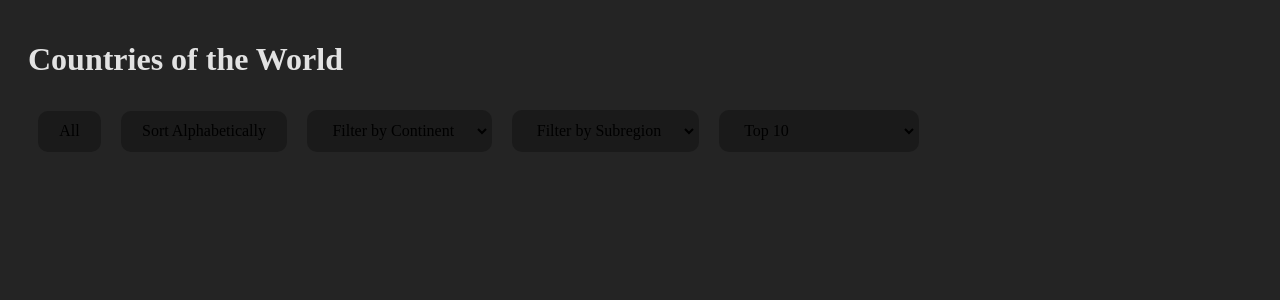
Repository: SandyLy453/comp-lab10
Page: /
The author's editor kept a copy of each file at every save. The page is drawn from the files as they stood at one save, then again after the next save.
The browser window is 1280 px wide. The pictures show the whole page.
The page's requests for data from a server got no answer. The project was rebuilt for these pictures with package versions that can differ from the ones it lists, and the page was loaded fresh each time. No one was signed in, and anything a server would have sent is missing. Also part of the build but not shown: vite.config.js, src/components/Contry.jsx.

Above is the page before, as saved 2024-11-14 23:16:49.

### src/index.css
:root {
  font-family: "Poppins";
  font-weight: 400;

  color-scheme: light dark;
  color: rgba(255, 255, 255, 0.87);
  background-color: #242424;

  font-synthesis: none;
  text-rendering: optimizeLegibility;
  -webkit-font-smoothing: antialiased;
  -moz-osx-font-smoothing: grayscale;
  padding: 20px;
}

button,
select {
  border-radius: 10px;
  border: 2px solid transparent;
  padding: 0.6em 1.2em;
  font-size: 1em;
  font-weight: 500;
  font-family: inherit;
  background-color: #1a1a1a;
  cursor: pointer;
  transition: border-color 0.25s;
  margin: 10px;
}

button:hover,
select:hover {
  border-color: #79ff64;
}

button:focus,
button:focus-visible {
  border-color: #79ff64;
  background-color: #a2fe93;
  color: #242424;
}


/* card styling */

.cardBox {
  display: flex;
  flex-direction: row;
  flex-wrap: wrap;
  justify-content: center;
  align-items: center;
}

.cardContainer {
  padding: 20px;
  border: 1px solid #79ff64;
  border-radius: 20px;
  margin: 10px 20px 10px 20px;
  width: fit-content;
}

.cardPhoto {
  width: 400px;
  height: auto;
  border-radius: 10px;
}

.cardTitle {
  font-size: 24px;
  margin-bottom: 0;
  padding-bottom: 5px;
}

.breaker {
  width: 400px;
  margin: 0 auto 5px auto;
  color: #79ff64;
  background-color: #79ff64;
  border: 1px solid #79ff64;
}

.cardInfo {
  padding-left: 10px;
}

### src/App.jsx
import { useState, useEffect } from 'react'
import Countries from './components/Contries'

function App() {
  const [countries, setCountries] = useState([]);
  const [filteredCountries, setFilteredCountries] = useState([]);
  const [filter, setFilter] = useState({ continent: "", subregion: "" });

  const uniqueContinents = [
    ...new Set(countries.map((country) => country.continents?.[0])),
  ].filter(Boolean); // Remove undefined values

  const uniqueSubregions = [
    ...new Set(countries.map((country) => country.subregion)),
  ].filter(Boolean); // Remove undefined values

  useEffect(() => {
    // Fetch data from the Rest Countries API
    const fetchData = async () => {
      const response = await fetch("https://restcountries.com/v3.1/all");
      const data = await response.json();
      setCountries(data);
      setFilteredCountries(data); // Initialize with all countries
    };

    fetchData();
  }, []);

  const handleFilter = (type, value) => {
    let updatedCountries = [...countries];

    if (type === "all") {
      setFilter({ continent: "", subregion: "" });
      setFilteredCountries(countries); // Reset to all countries
      return;
    }

    if (type === "continent") {
      setFilter({ ...filter, continent: value, subregion: "" });
      updatedCountries = updatedCountries.filter(
        (country) => country.continents[0] === value
      );
    } else if (type === "subregion") {
      setFilter({ ...filter, continent: "", subregion: value });
      updatedCountries = updatedCountries.filter(
        (country) => country.subregion === value
      );
    }

    setFilteredCountries(updatedCountries);
  };

  const handleTop10 = (criteria) => {
    if (!criteria) {
      setFilteredCountries(countries); // Reset if no selection
      return;
    }
    const sortedCountries = [...filteredCountries].sort((a, b) =>
      criteria === "population"
        ? b.population - a.population
        : b.area - a.area
    );
    setFilteredCountries(sortedCountries.slice(0, 10)); // Limit to top 10
  };

  const handleSort = () => {
    const sortedCountries = [...filteredCountries].sort((a, b) =>
      a.name.common.localeCompare(b.name.common)
    );
    setFilteredCountries(sortedCountries);
  };

  return (
    <>
      <div className="container">
        <h1>Countries of the World</h1>
        <div>
          <button onClick={() => handleFilter("all", "")}>All</button>
          <button onClick={handleSort}>Sort Alphabetically</button>
          <select
          value={filter.continent}
          onChange={(e) => handleFilter("continent", e.target.value)}
          >
          <option value="">Filter by Continent</option>
          {uniqueContinents.map((continent, index) => (
            <option key={index} value={continent}>
              {continent}
            </option>
          ))}
          </select>
          <select
            value={filter.subregion}
            onChange={(e) => handleFilter("subregion", e.target.value)}
          >
            <option value="">Filter by Subregion</option>
            {uniqueSubregions.map((subregion, index) => (
              <option key={index} value={subregion}>
                {subregion}
              </option>
            ))}
          </select>

          <select onChange={(e) => handleTop10(e.target.value)}>
            <option value="">Top 10</option>
            <option value="population">Top 10 by Population</option>
            <option value="area">Top 10 by Area</option>
          </select>
        </div>
        <Countries countries={filteredCountries} />
      </div>
    </>
  )
}

export default App

### src/components/Contries.jsx
import React from "react";
import Country from "./Contry";

export default function Countries ({ countries }) {
  return (
    <div className="cardBox">
      {countries.map((country, index) => (
        <Country key={index} country={country} />
      ))}
    </div>
  );
};

Loaded but not shown: index.html (common file); src/main.jsx (common file)

After the next save:
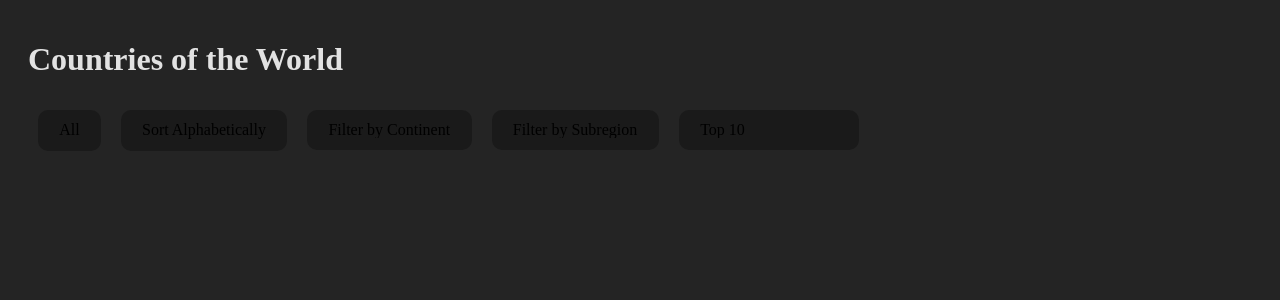
Saved 36 s later.
--- a/src/index.css
+++ b/src/index.css
@@ -39,6 +39,10 @@ button:focus-visible {
   color: #242424;
 }
 
+select {
+  -webkit-appearance: none; /* Safari support */
+  -moz-appearance: none; /* Firefox support */
+}
 
 /* card styling */
 
